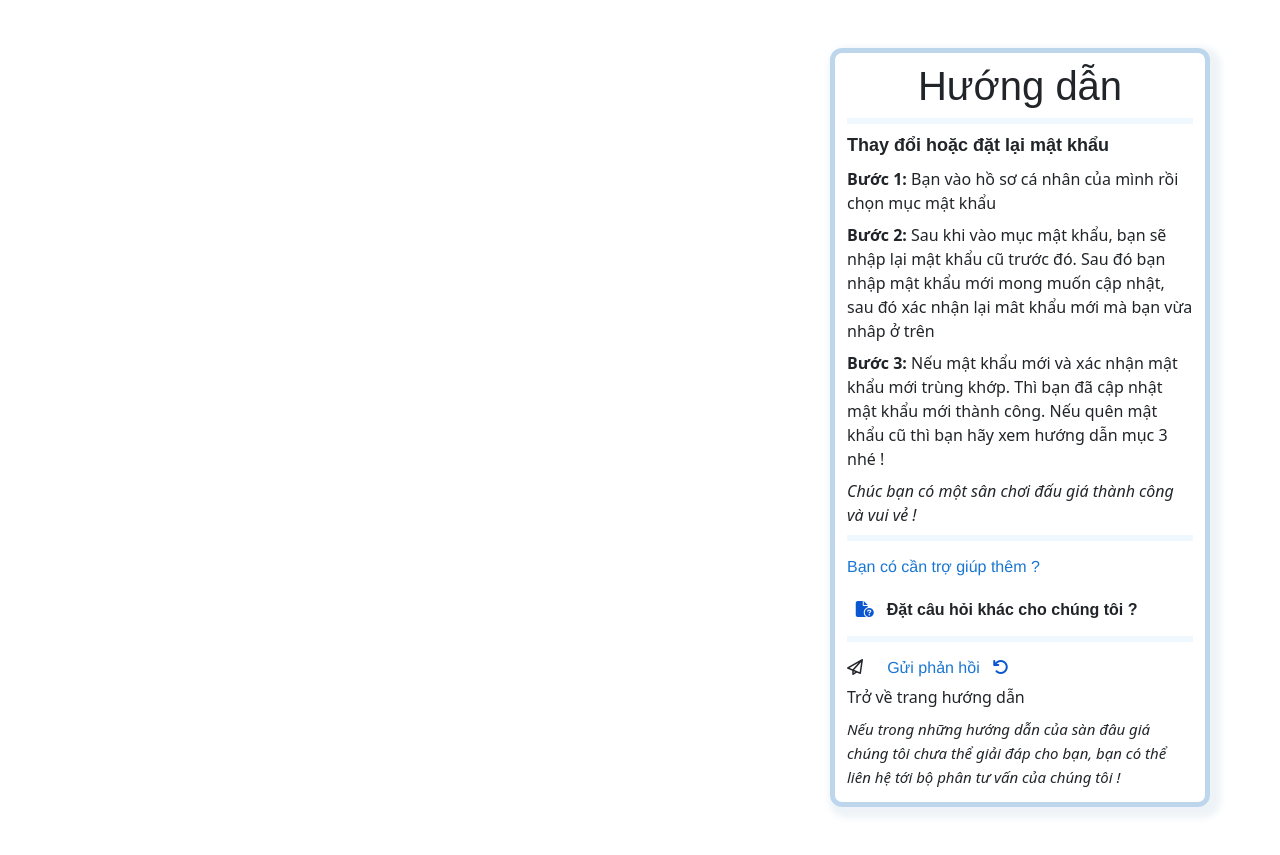
Repository: SonPhamThe/C0622G1-module5
Page: prototype--module6/guides/guide2.html
An editor plug-in stored every save of this project. The page is shown before and after the next save, followed by the edit.
The browser window is 1280 px wide. The pictures show the whole page.
Some web libraries are served in a nearby version.

Above is the page before, as saved 2022-12-07 15:36:58.

### prototype--module6/guides/guide2.html
<!DOCTYPE html>
<html lang="en">
  <head>
    <meta charset="UTF-8" />
    <meta
      name="viewport"
      content="width=device-width, user-scalable=no, initial-scale=1.0, maximum-scale=1.0, minimum-scale=1.0"
    />
    <meta http-equiv="X-UA-Compatible" content="ie=edge" />
    <title>Trang chủ hướng dẫn</title>
    <link rel="stylesheet" href="guide1.css" />
    <link rel="icon" type="image/x-icon" href="favicon.ico" />

    <link
      rel="stylesheet"
      href="https://cdnjs.cloudflare.com/ajax/libs/font-awesome/6.2.1/css/all.min.css"
    />

    <link
      href="https://cdn.jsdelivr.net/npm/bootstrap@5.1.3/dist/css/bootstrap.min.css"
      rel="stylesheet"
      integrity="sha384-1BmE4kWBq78iYhFldvKuhfTAU6auU8tT94WrHftjDbrCEXSU1oBoqyl2QvZ6jIW3"
      crossorigin="anonymous"
    />
    <script
      src="https://cdn.jsdelivr.net/npm/bootstrap@5.1.3/dist/js/bootstrap.bundle.min.js"
      integrity="sha384-ka7Sk0Gln4gmtz2MlQnikT1wXgYsOg+OMhuP+IlRH9sENBO0LRn5q+8nbTov4+1p"
      crossorigin="anonymous"
    ></script>
    <link
      rel="stylesheet"
      href="https://cdnjs.cloudflare.com/ajax/libs/font-awesome/5.15.4/css/all.min.css"
    />
  </head>
  <body>
    <!--Khi chọn mục hướng dẫn trên navbar sẽ đổ modal xuống. Ở trang chủ hướng dẫn em tính làm gồm những phần:
      Cách đăng ký account,
      Thay đổi hoặc đặt lại mật khẩu của bạn,
      Quản lý mật khẩu, vv....
      Khi click một trong số option sẽ chuyển qua một form chứa nội dung của từng tiêu đề đó
     -->
    <div class="container mb-5 mt-5">
      <div class="row">
        <div class="col-lg-4"></div>
        <div class="col-lg-4"></div>
        <div class="boxed col-lg-4 shadow-md" style="height: 100% !important">
          <form>
            <div class="mt-1 text-center">
              <h1 style="font-family: sans-serif">Hướng dẫn</h1>
            </div>
            <div
              class="mb-2"
              style="height: 6px; background-color: aliceblue; width: 100%"
            ></div>
            <div class="mb-2">
              <label
                ><strong style="font-family: sans-serif; font-size: large"
                  >Thay đổi hoặc đặt lại mật khẩu</strong
                ></label
              >
            </div>
            <div class="mb-2">
              <span>
                <strong>Bước 1: </strong>
                Bạn vào hồ sơ cá nhân của mình rồi chọn mục mật khẩu
            </div>
            <div class="mb-2">
              <span>
                <strong>Bước 2: </strong>
                Sau khi vào mục mật khẩu, bạn sẽ nhập lại mật khẩu cũ trước đó.
                Sau đó bạn nhập mật khẩu mới mong muốn cập nhật, sau đó xác nhận lại mât khẩu mới mà bạn vừa nhâp ở trên
              </span>
            </div>
            <div class="mb-2">
              <span>
                <strong>Bước 3: </strong>
               Nếu mật khẩu mới và xác nhận mật khẩu mới trùng khớp. Thì bạn đã cập nhật mật khẩu mới thành công.
               Nếu quên mật khẩu cũ thì bạn hãy xem hướng dẫn mục 3 nhé !
              </span>
            </div>

            <div class="mb-2">
              <i>
               Chúc bạn có một sân chơi đấu giá thành công và vui vẻ !
              </i>
            </div>

            <div
              class="mb-2"
              style="height: 6px; background-color: aliceblue; width: 100%"
            ></div>

            <div class="mb-2">
              <h6
                class="mt-3 mb-3"
                style="color: #1976d2; font-family: Helvetica"
              >
                Bạn có cần trợ giúp thêm ?
              </h6>
              <div class="mb-2">
                <i class="fa-solid fa-file-circle-question"></i>
                <label style="font-family: sans-serif"
                  ><strong>Đặt câu hỏi khác cho chúng tôi ?</strong></label
                >
              </div>
              <div
                class="mb-2"
                style="height: 6px; background-color: aliceblue; width: 100%"
              ></div>
              <div class="mb-2">
                <i class="fa-regular fa-paper-plane"></i>
                <label
                  style="
                    color: #1976d2;
                    font-family: Helvetica;
                    margin-left: 20px;
                  "
                >
                  Gửi phản hồi
                </label>
                <i class="fa-solid fa-arrow-rotate-left"></i>
                <label>Trở về trang hướng dẫn</label>
              </div>
            </div>
          </form>
          <div class="mb-2">
            <span style="font-size: 15px" class="fst-italic"
              >Nếu trong những hướng dẫn của sàn đâu giá chúng tôi chưa thể giải
              đáp cho bạn, bạn có thể liên hệ tới bộ phân tư vấn của chúng tôi
              !</span
            >
          </div>
        </div>

        <div class="col-lg-3"></div>
      </div>
    </div>
  </body>
  <script src="//ajax.googleapis.com/ajax/libs/jquery/1.9.1/jquery.min.js"></script>
  <script
    src="https://cdn.jsdelivr.net/npm/popper.js@1.12.9/dist/umd/popper.min.js"
    integrity="sha384-ApNbgh9B+Y1QKtv3Rn7W3mgPxhU9K/ScQsAP7hUibX39j7fakFPskvXusvfa0b4Q"
    crossorigin="anonymous"
  ></script>
</html>

### prototype--module6/guides/guide1.css
.boxed {
  width: 400px;
  height: 550px;
}

.boxed {
  border: 5px solid;
  border-image-slice: 1;
  border-color: rgb(189, 214, 236);
  padding: 5px;
  border-radius: 12px;
  background-color: transparent;
  box-shadow: 5px 5px 7px 6px  rgb(238, 243, 247);
}

.fa-solid {
  color: #0b57d0;
  height: 1.125rem;
  margin: 0.55rem;
  visibility: initial;
  width: 1.125rem;
}

After the next save:
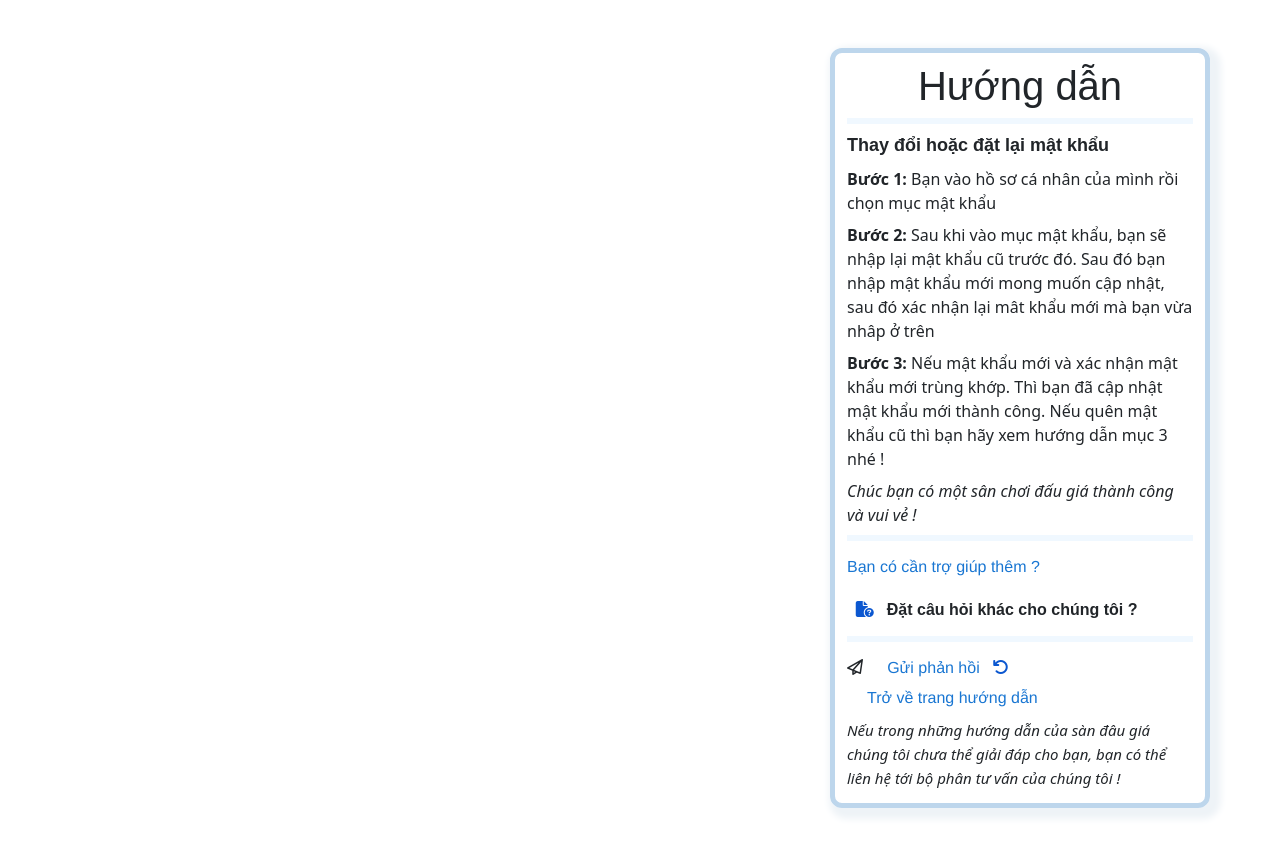
Saved 37 s later.
--- a/prototype--module6/guides/guide2.html
+++ b/prototype--module6/guides/guide2.html
@@ -119,7 +119,11 @@
                   Gửi phản hồi
                 </label>
                 <i class="fa-solid fa-arrow-rotate-left"></i>
-                <label>Trở về trang hướng dẫn</label>
+                <label style="
+                color: #1976d2;
+                font-family: Helvetica;
+                margin-left: 20px;
+              ">Trở về trang hướng dẫn</label>
               </div>
             </div>
           </form>
